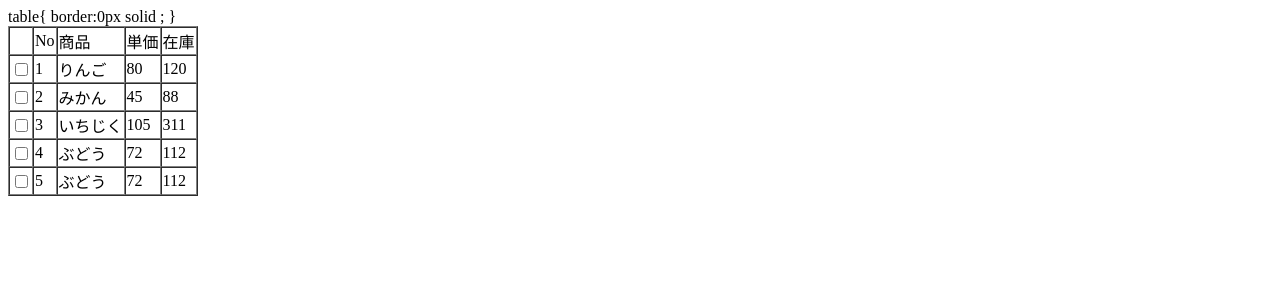
Repository: nathox/backup
Page: http://localhost/Favorite/s.jsp
These files come from the project's save history. The page is drawn as it stood at one moment and after the next save; the edit follows.
The browser window is 1280 px wide. The pictures show the whole page.
The page is served by Tomcat 9. Other server files are loaded and not shown.

Above is the page before, as saved 2018-02-07 07:48:54.

### Favorite/WebContent/s.jsp
<%@ page language="java" contentType="text/html; charset=UTF-8"
    pageEncoding="UTF-8"%>
<!DOCTYPE html PUBLIC "-//W3C//DTD HTML 4.01 Transitional//EN" "http://www.w3.org/TR/html4/loose.dtd">
<html>
<head>



<meta http-equiv="Content-Type" content="text/html; charset=UTF-8">
<title>Insert title here</title>

table{
border:0px solid ;

}




</head>
<body>

 <table border="1" cellspacing="0">
        <thead id="hoge-head">
            <tr>
                <td></td>
                <td>No</td>
                <td>商品</td>
                <td>単価</td>
                <td>在庫</td>
            </tr>
        </thead>
        <tbody id="hoge-body">
            <tr>
                <td><input type="checkbox"></td>
                <td>1</td>
                <td>りんご</td>
                <td>80</td>
                <td>120</td>
            </tr>
            <tr>
                <td><input type="checkbox"></td>
                <td>2</td>
                <td>みかん</td>
                <td>45</td>
                <td>88</td>
            </tr>
            <tr>
                <td><input type="checkbox"></td>
                <td>3</td>
                <td>いちじく</td>
                <td>105</td>
                <td>311</td>
            </tr>
            <tr>
                <td><input type="checkbox"></td>
                <td>4</td>
                <td>ぶどう</td>
                <td>72</td>
                <td>112</td>
            </tr>

            <tr>
                <td><input type="checkbox"></td>
                <td>5</td>
                <td>ぶどう</td>
                <td>72</td>
                <td>112</td>
            </tr>

        </tbody>
    </table>











</body>
</html>

After the next save:
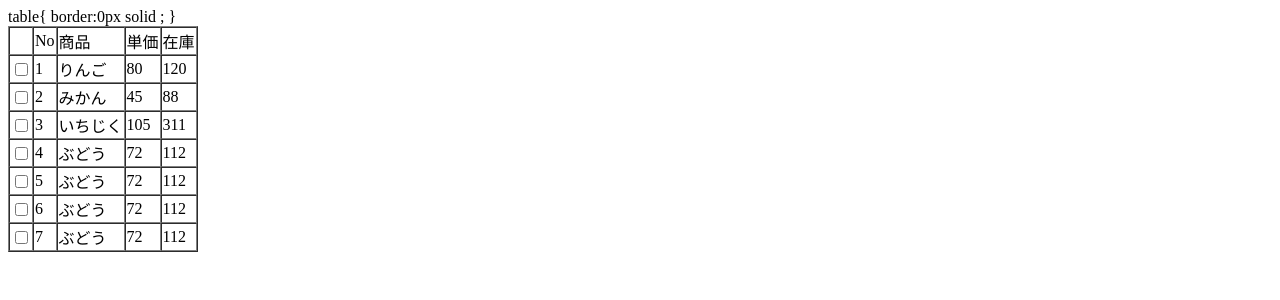
Saved 86 s later.
--- a/Favorite/WebContent/s.jsp
+++ b/Favorite/WebContent/s.jsp
@@ -68,6 +68,22 @@ border:0px solid ;
                 <td>112</td>
             </tr>
 
+            <tr>
+                <td><input type="checkbox"></td>
+                <td>6</td>
+                <td>ぶどう</td>
+                <td>72</td>
+                <td>112</td>
+            </tr>
+
+            <tr>
+                <td><input type="checkbox"></td>
+                <td>7</td>
+                <td>ぶどう</td>
+                <td>72</td>
+                <td>112</td>
+            </tr>
+
         </tbody>
     </table>
 
